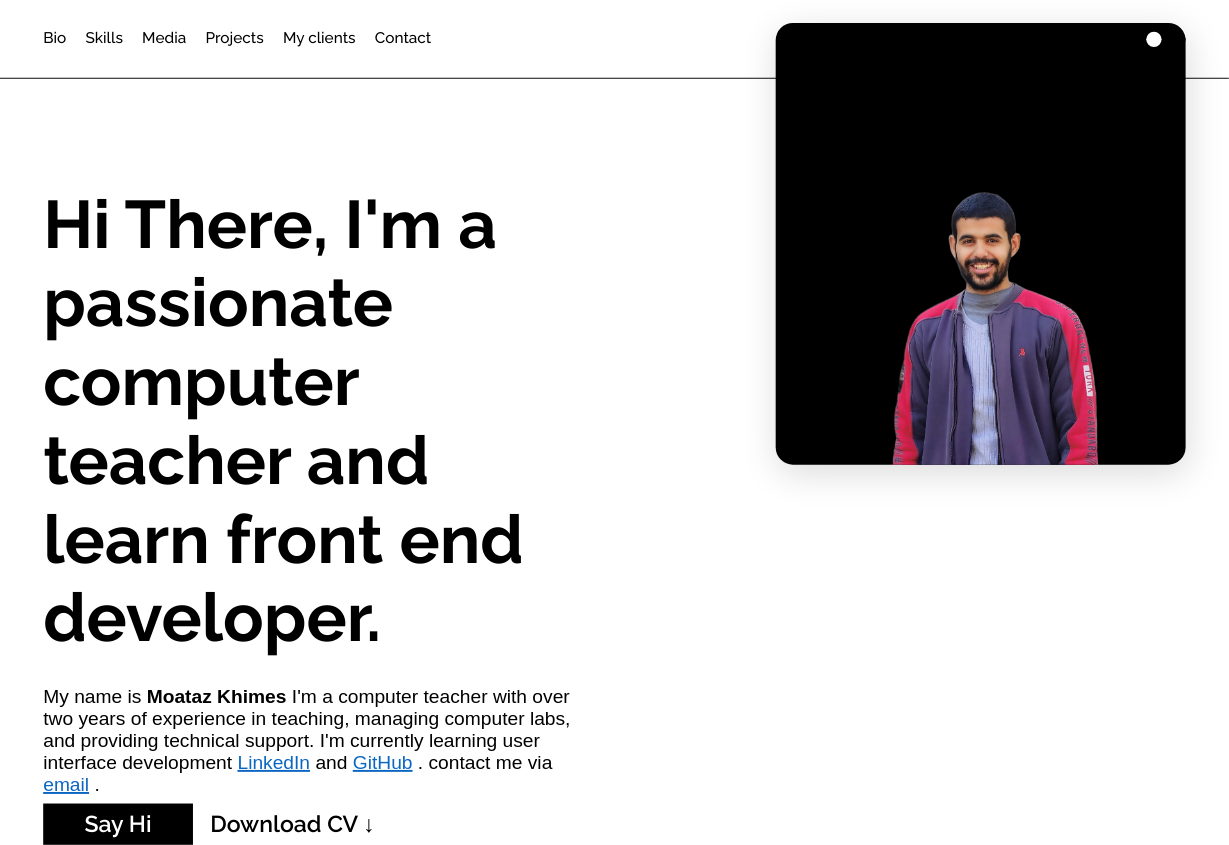
Repository: moataz305G/Personal-website
Page: index.html
The author's editor kept a copy of each file at every save. The page is drawn from the files as they stood at one save, then again after the next save.
The browser window is 1280 px wide. The pictures show the whole page, at 96% of full size.

Above is the page before, as saved 2025-12-13 10:26:47.

After the next save:
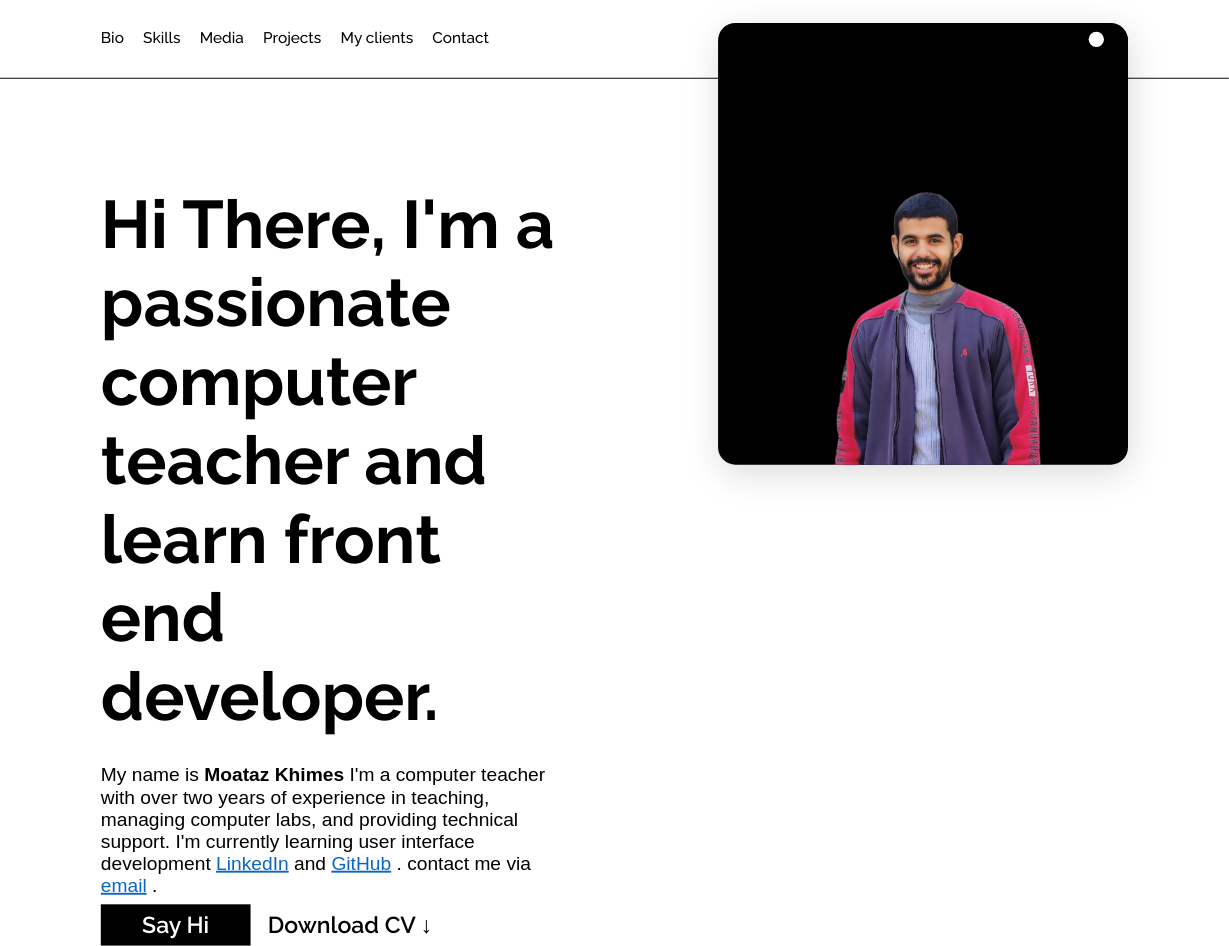
Saved 40 s later.
--- a/Style.css
+++ b/Style.css
@@ -83,7 +83,7 @@ body {
 .container {
   display: grid;
   row-gap: 11rem;
-
+  padding: 0 var(--guter);
   max-width: var(--container-width);
   margin: 0 auto;
 }
